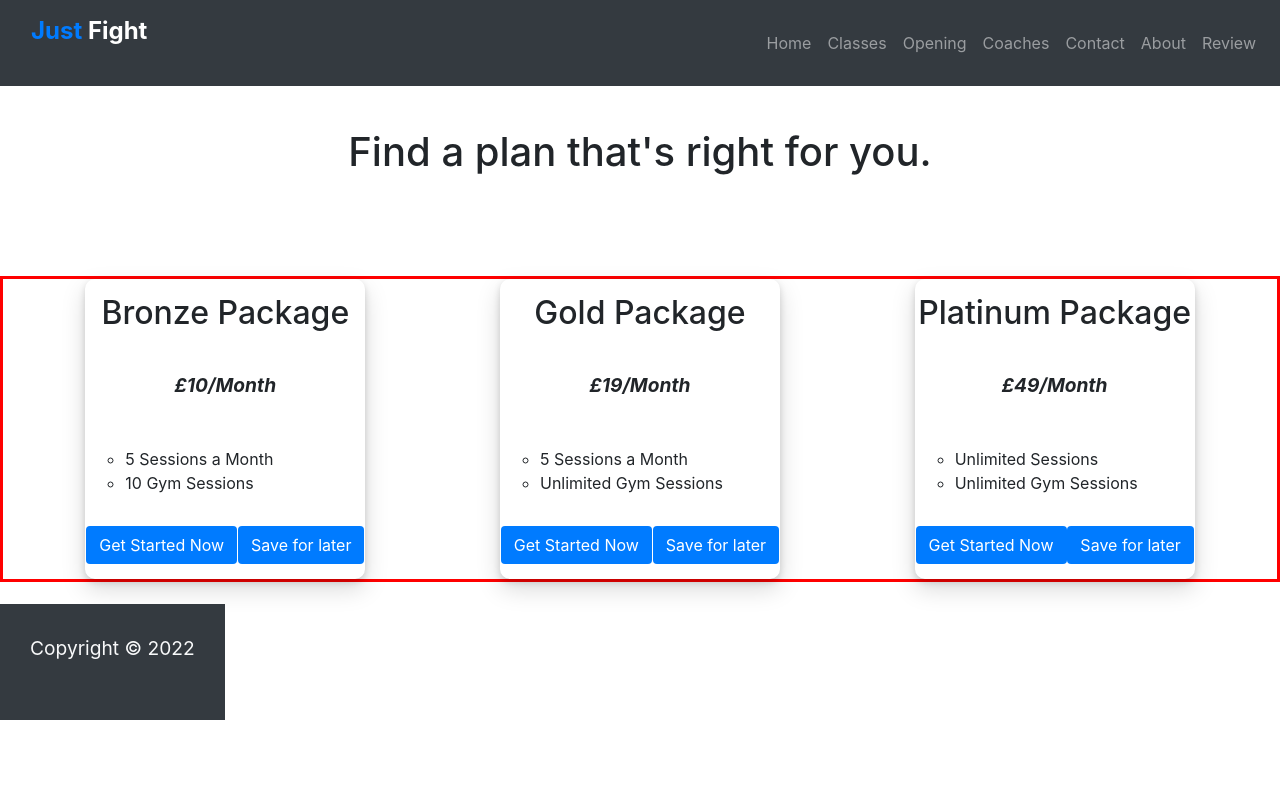
Repository: IonPara/Just-Fight
Page: plans.html
These files come from the project's save history. The page is drawn as it stood at one moment and after the next save; the edit follows.
The browser window is 1280 px wide. The pictures show the whole page.
Some web libraries are served in a nearby version.

Above is the page before, as saved 2023-03-13 16:43:25.

After the next save:
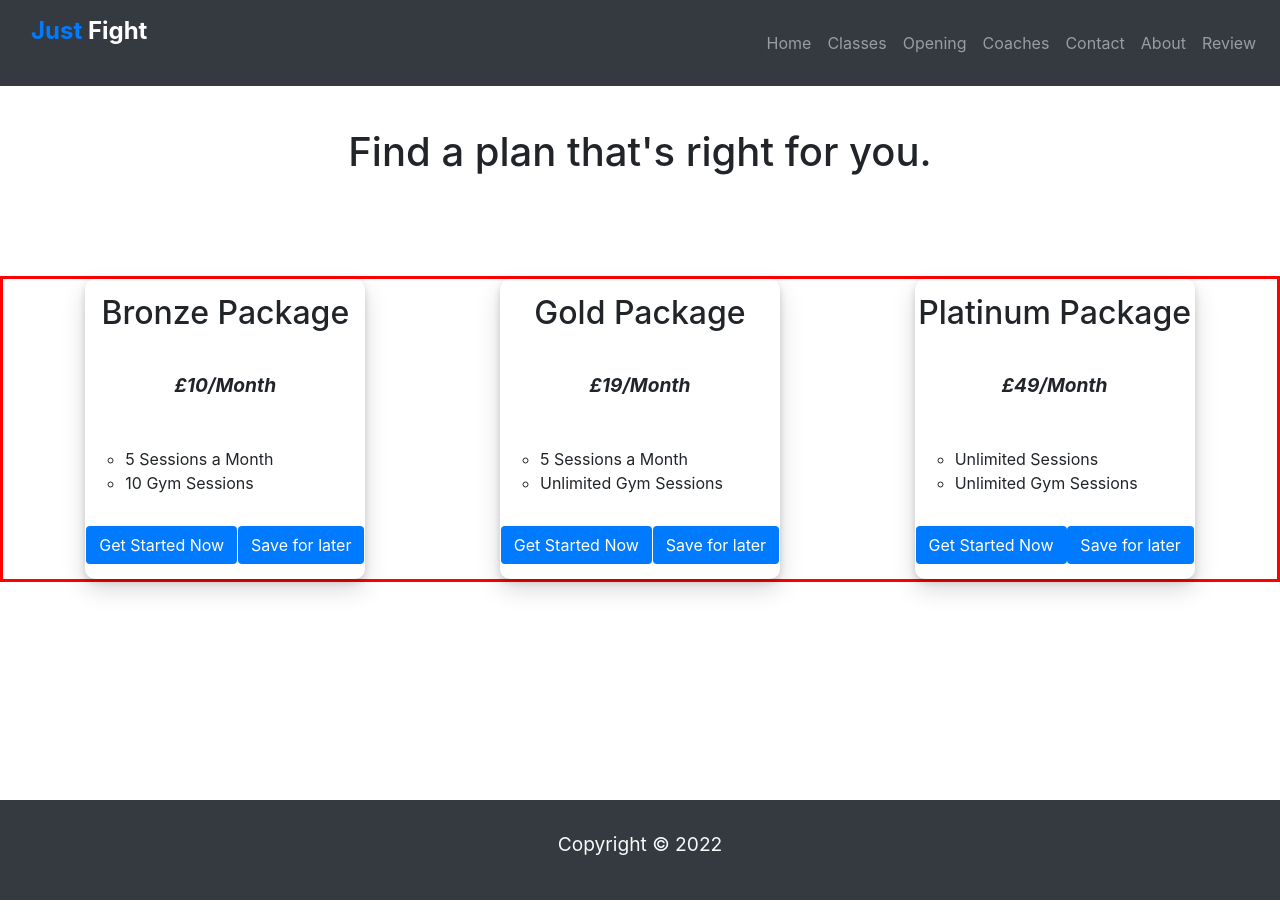
Saved 8 s later.
--- a/Styles/plans.css
+++ b/Styles/plans.css
@@ -55,10 +55,7 @@ footer p {
   font-size: larger;
   height: 100px;
 }
-.plans-footer {
-  position: fixed;
-  bottom: 0;
-}
+
 
 .plans-container {
   display: flex;
